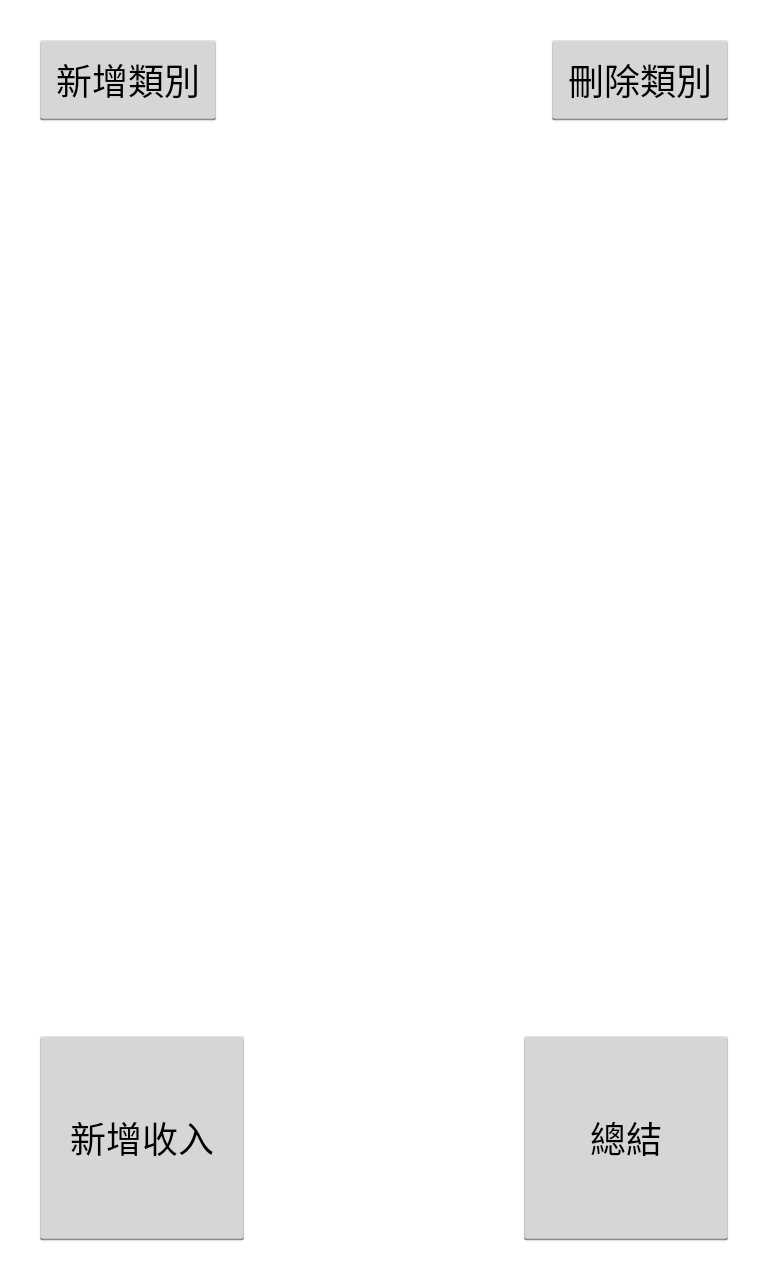
Repository: rayyrayy/Android-app-project
Layout: flashaccounting/easy money manager/res/layout/activity_main.xml
These files come from the project's save history. The layout is drawn as it stood at one moment and after a run of saves; the edit follows.
It is drawn on a 768 x 1280 px phone screen (xhdpi) without system bars, with theme AppTheme; the app's code is not run.

Above is the layout before, as saved 2014-10-16 10:20:36.

### flashaccounting/easy money manager/res/layout/activity_main.xml
<RelativeLayout xmlns:android="http://schemas.android.com/apk/res/android"
    xmlns:tools="http://schemas.android.com/tools"
    android:layout_width="match_parent"
    android:layout_height="match_parent"
    android:paddingBottom="@dimen/activity_vertical_margin"
    android:paddingLeft="@dimen/activity_horizontal_margin"
    android:paddingRight="@dimen/activity_horizontal_margin"
    android:paddingTop="@dimen/activity_vertical_margin"
    tools:context="com.example.easymoneymanager.MainActivity" >

    <Button
        android:id="@+id/button1"
        android:layout_width="wrap_content"
        android:layout_height="wrap_content"
        android:layout_alignParentLeft="true"
        android:layout_alignParentTop="true"
        android:text="新增類別" />

    <Button
        android:id="@+id/button2"
        android:layout_width="wrap_content"
        android:layout_height="wrap_content"
        android:layout_alignParentRight="true"
        android:layout_alignParentTop="true"
        android:text="刪除類別" />

    <Button
        android:id="@+id/button3"
        android:layout_width="110dp"
        android:layout_height="110dp"
        android:layout_alignParentBottom="true"
        android:layout_alignParentLeft="true"
        android:text="新增收入" />

    <Button
        android:id="@+id/button4"
        android:layout_width="110dp"
        android:layout_height="110dp"
        android:layout_alignParentBottom="true"
        android:layout_alignParentRight="true"
        android:text="總結" />

    <GridLayout
        android:layout_width="wrap_content"
        android:layout_height="wrap_content"
        android:layout_alignLeft="@+id/button1"
        android:layout_below="@+id/button1"
        android:layout_above="@+id/button3">
    </GridLayout>

</RelativeLayout>

Loaded but not shown: flashaccounting/easy money manager/res/values/styles.xml (common file); flashaccounting/easy money manager/res/values-v11/styles.xml (common file); flashaccounting/easy money manager/res/values-v14/styles.xml (common file); flashaccounting/easy money manager/res/values/dimens.xml (common file); flashaccounting/easy money manager/res/values-w820dp/dimens.xml (common file)

After the next 2 saves:
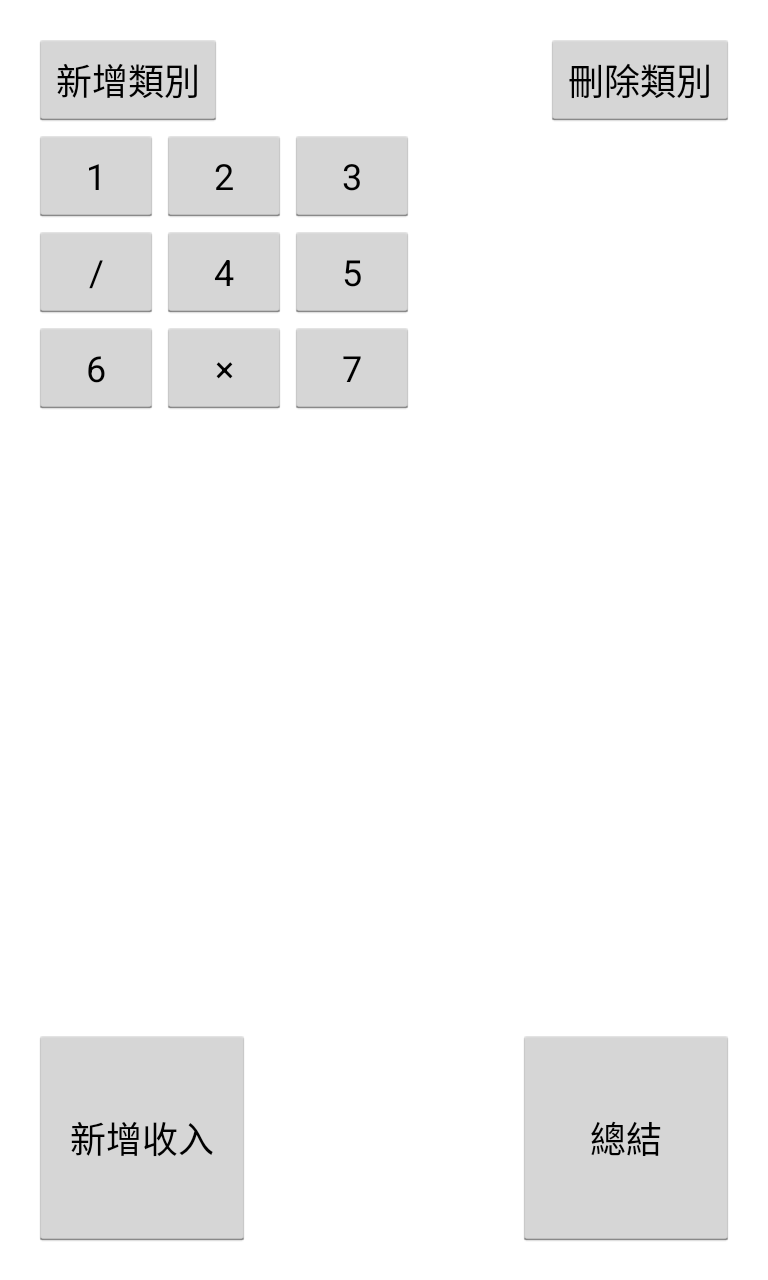
The 2 saves are shown as one change because 1 did not build or start.
The last was saved 38 s later.
--- a/flashaccounting/easy money manager/res/layout/activity_main.xml
+++ b/flashaccounting/easy money manager/res/layout/activity_main.xml
@@ -40,12 +40,43 @@
         android:layout_alignParentRight="true"
         android:text="總結" />
 
-    <GridLayout
+   <GridLayout
         android:layout_width="wrap_content"
         android:layout_height="wrap_content"
         android:layout_alignLeft="@+id/button1"
         android:layout_below="@+id/button1"
-        android:layout_above="@+id/button3">
+        android:layout_above="@+id/button3"
+        android:orientation="horizontal"
+        android:rowCount="3"
+        android:columnCount="3" >
+　　<Button
+        android:id="@+id/one"
+        android:text="1"/>
+　　<Button
+        android:id="@+id/two"
+        android:text="2"/>
+　　　<Button
+        android:id="@+id/three"
+        android:text="3"/>
+　　<Button
+        android:id="@+id/devide"
+        android:text="/"/>
+　　<Button
+        android:id="@+id/four"
+        android:text="4"/>
+　　<Button
+        android:id="@+id/five"
+        android:text="5"/>
+　　<Button
+        android:id="@+id/six"
+        android:text="6"/>
+　　<Button
+        android:id="@+id/multiply"
+        android:text="×"/>
+　　<Button
+        android:id="@+id/seven"
+        android:text="7"/>
+
     </GridLayout>
 
 </RelativeLayout>
